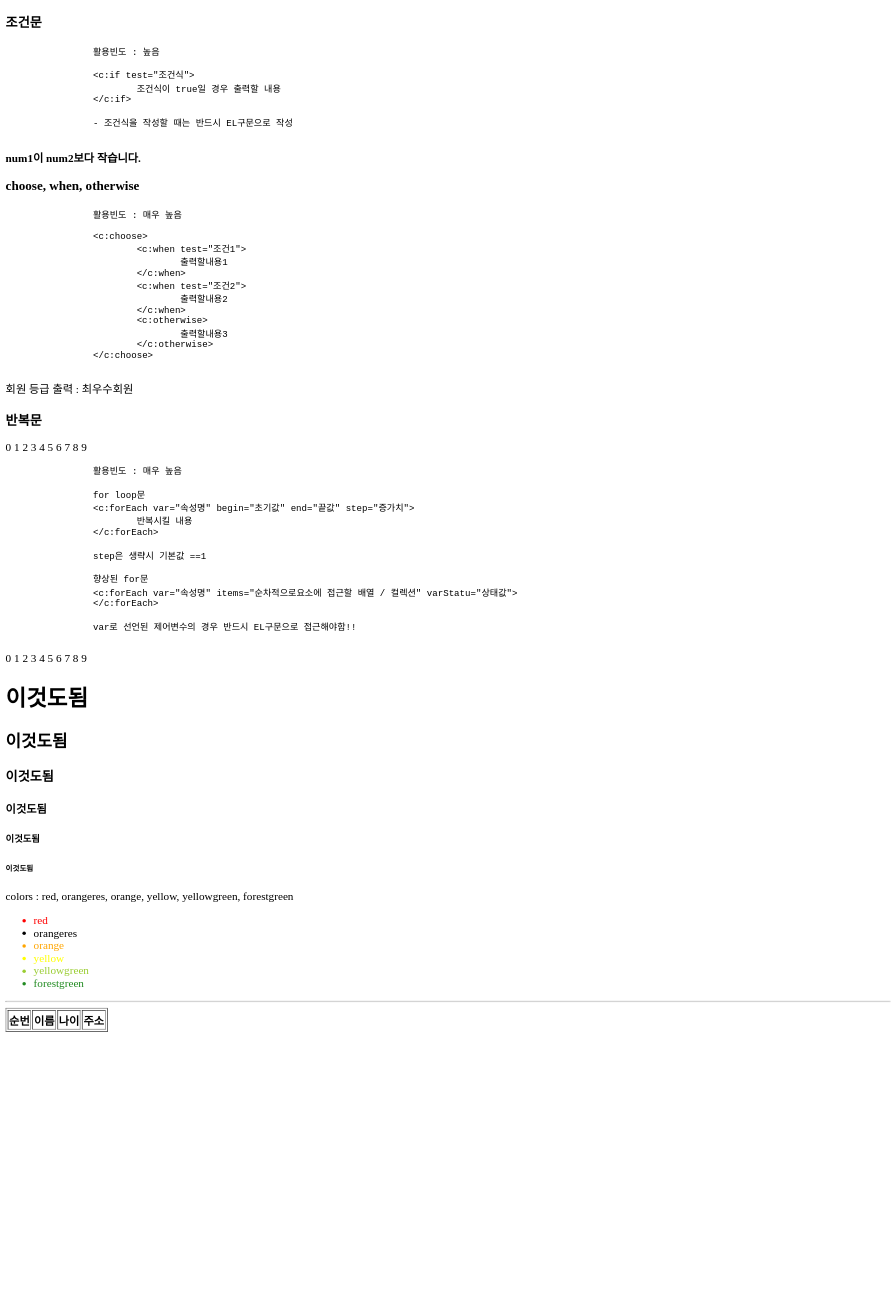
Repository: rlaehqkf/java_practice
Page: http://localhost/ActionProject/jstl.do
The author's editor kept a copy of each file at every save. The page is drawn from the files as they stood at one save, then again after the next save.
The browser window is 1280 px wide. The pictures show the part of the page from y = 1327 to 3247 px (the page is 3187 px tall before and 3247 px after), at 70% of full size.
The page is served by Tomcat 9. Other server files are loaded and not shown.

Above is the page before, as saved 2026-05-07 01:29:08.

### ActionProject/src/main/webapp/WEB-INF/views/custom/JSTL.jsp
<%@ page language="java" contentType="text/html; charset=UTF-8"
    pageEncoding="UTF-8"%>
<%@ taglib prefix="c" uri="http://java.sun.com/jsp/jstl/core" %>
<!--
	URI > URL

	URI(Uniform Resource Identifier) : 자원을 식별하는 문자열
									   자원의 위치, 네이밍과 상관없이 고유하게 가리킬 수 있는 모든 식별자

	URL(Uniform Resource Locator) : Location(위치)어디로 가면 그걸 찾을 수 있는가에 대한 답
 -->

<!DOCTYPE html>
<html>
<head>
<meta charset="UTF-8">
<title>중요!!!!!!!!</title>
</head>
<body>

	<h1>JSTL이란...?</h1>

	<p>
		Jakarta Server Page Standard Tag Library의 약어로 <br>
		JSP에서 사용할 수 있는 커스텀 액션 태그<br>
		공통적으로 화면단에서 사용하게 되는 코드들의 어떤 집합을 보다 쉽게 사용할 수 있게끔 태그로 만들어거 <br>
		표준으로 제공하는 라이브러리(클래스 모음집)
	</p>

	<hr>


	<h3>* 라이브러리를 추가</h3>

	<ol>
		<li>https://tomcat.apache.org로접속</li>
		<li>Standard-1.2.5.jar파일 4개 다 다운받기<li>
		<li>WEB-INF/lib폴더에 넣어준다(Copy files)</li>
	</ol>

	<h4>* JSTL 선언!!</h4>

	<%
		request.setAttribute("abc", 10);
	%>
	<c:set var="bbb" value="10" />

	<p>
		JSTL을 사용하는 방법은 일단 사용하고자하는 JSP파일 상단에 <br>
		보통 page지시어 바로 밑에<br>
		taglib지시어를 사용해서 선언을 해주어야함!
	</p>

	<hr>

	<h4>JSTL Core Library</h4>

	<p>
		JSP상에서 조건문, 반복문등의 로직과 관련된 태그들을 제공함
	</p>

	<h5>속성 추가하기(Attribute추가)</h5>

	<pre>
		활용빈도 낮음

		&lt; c:set var="키값" value="리터럴값" scope="스코프(생략가능)" />
		- Scope에 새로운 Attribute를 추가하는 태그
		- scope속성 생략 시 pageScope에 담김
	</pre>

	<c:set var="num1" value="10" />
	<c:set var="num2" value="20" scope="request"/>
	<%--request.setAttribute("num", "10) --%>
	<c:set var="result" value="${ num1 + num2 }" scope = "session"/>

	set태그로 선언한 Attribute는 EL구문을 이용해출력 <br>
	num1의 값 : ${ num1 } <br>
	num2의 값 : ${ num2 } <br>
	result의 값 ${ result } <br>

	<c:set var="result" scope="request">9999</c:set>
	<!-- value속성을 명시하지 않고 컨텐트 영역에 대입할 값을 기술할 수 있음 -->

	<hr>

	<pre>
		활용빈도 : 중간

		* 속성 삭제(&lt;c:remove var="제거하고자하는 속성" scope="스코프영역(생략가능)" />)

		- 해당 Attribute를 Scope영역에서 제거하는 태그
		- scope속성을 작성하지 않으면 모든 scope에서 해당 Attribute를 싹 다 제거함
	</pre>

	삭제 전 result : ${ result } <br>

	<hr>

	오케이~ requestScope에서 result속성을 삭제 <br>
	<c:remove var="result" scope="request" />
	삭제 후 result : ${ result } <br>

	<hr>

	<pre>
		활용빈도 : 낮은데 진짜 살다가 필요할때가 생김
		* 출력(&lt;c:out value="출력할 값" default="기본값" escapeXml="t/F/>)
		- 속성을 출력하려고할 때 사용하는 태그
	</pre>

	num1 : <c:out value="${ num1 }" /> <br>
	ㅋㅋㅋ : ${ num1 }

	<br>

	requestScope result : ${ requestScope.result } <br>
	out태그 사용 : <c:out value="${ requestScope.result }" default="값이 존재하지 않음" />

	<c:set var="strong" value="<strong>강한정보</strong>" />

	${ strong }
	<c:out value="${ strong }" />

	<hr>

	<h3>조건문</h3>

	<pre>
		활용빈도 : 높음

		&lt;c:if test="조건식">
			조건식이 true일 경우 출력할 내용
		&lt;/c:if>

		- 조건식을 작성할 때는 반드시 EL구문으로 작성
	</pre>


	<c:if test="${ num1 lt num2 }">
		<strong>num1이 num2보다 작습니다. </strong>
	</c:if>
	<%--
	<% if((int)pageContext.getAttribute("num1") > (int)request.getAttribute("num2")) {%>
	<% } %>
	--%>

	<h3>choose, when, otherwise</h3>

	<pre>
		활용빈도 : 매우 높음

		&lt;c:choose>
			&lt;c:when test="조건1">
				출력할내용1
			&lt;/c:when>
			&lt;c:when test="조건2">
				출력할내용2
			&lt;/c:when>
			&lt;c:otherwise>
				출력할내용3
			&lt;/c:otherwise>
		&lt;/c:choose>
	</pre>

	<c:set var="point" value="400" />

	회원 등급 출력 :
	<c:choose>
		<c:when test="${ point le 100 }">
			일반회원
		</c:when>
		<c:when test="${ point le 00 }">
			우수회원
		</c:when>
		<c:otherwise>
			최우수회원
		</c:otherwise>

	</c:choose>
	<!-- choose구문안에 when/otherwise말고 다른 어떤 무언가가 들어가서는 안됨! -->

	<h3>반복문</h3>

	<% for(int i =0; i< 10; i++){ %>
		<%= i %>
	<% } %>

	<pre>
		활용빈도 : 매우 높음

		for loop문
		&lt;c:forEach var="속성명" begin="초기값" end="끝값" step="증가치">
			반복시킬 내용
		&lt;/c:forEach>

		step은 생략시 기본값 ==1

		향상된 for문
		&lt;c:forEach var="속성명" items="순차적으로요소에 접근할 배열 / 컬렉션" varStatu="상태값">
		&lt;/c:forEach>

		var로 선언된 제어변수의 경우 반드시 EL구문으로 접근해야함!!
	</pre>

	<c:forEach var="i" begin="0" end="9">
		${ i }
	</c:forEach>

	<br>

	<c:forEach var="i" begin="1" end="6">
		<h${ i }>이것도됨</h${ i }>
	</c:forEach>

	<c:set var="colors">
		red, orangeres, orange, yellow, yellowgreen, forestgreen
	</c:set>

	colors : ${ colors }

	<br>

	<ul>
		<c:forEach var="c" items="${ colors }">
			<li style="color:${ c }">${ c }</li>
		</c:forEach>

	</ul>

	<hr>

	<table border="1">
		<thead>
			<tr>
				<th>순번</th>
				<th>이름</th>
				<th>나이</th>
				<th>주소</th>
			</tr>
		</thead>
		<tbody>


		</tbody>
	</table>

























<br><br><br><br><br><br><br><br><br><br><br><br><br><br><br><br><br><br><br><br><br>
</body>
</html>

### ActionProject/src/main/java/com/kh/el/controller/JstlServlet.java
package com.kh.el.controller;

import java.io.IOException;
import java.util.ArrayList;
import java.util.List;

import javax.servlet.ServletException;
import javax.servlet.annotation.WebServlet;
import javax.servlet.http.HttpServlet;
import javax.servlet.http.HttpServletRequest;
import javax.servlet.http.HttpServletResponse;

import com.kh.el.model.dto.Person;

/**
 * Servlet implementation class JstlServlet
 */
@WebServlet("/jstl.do")
public class JstlServlet extends HttpServlet {
	private static final long serialVersionUID = 1L;


    public JstlServlet() {
        super();

    }


	protected void doGet(HttpServletRequest request, HttpServletResponse response) throws ServletException, IOException {


		// DB 갔다온척 -> SELECT
		// List가 응답으로 옴
		List<Person> persons = new ArrayList();
		persons.add(new Person("홍길동", 15, "한양"));
		persons.add(new Person("고길동", 40, "마포"));
		persons.add(new Person("허균", 22, "서울"));
		// List가 응답으로 옴


		request.setAttribute("persons", persons);






		request.getRequestDispatcher("/WEB-INF/views/custom/JSTL.jsp").forward(request, response);


	}


	protected void doPost(HttpServletRequest request, HttpServletResponse response) throws ServletException, IOException {

		doGet(request, response);
	}

}

### ActionProject/src/main/java/com/kh/el/model/dto/Person.java
package com.kh.el.model.dto;

public class Person {
	private String name;
	private int age;
	private String address;

	public Person(String name, int age, String address) {
		super();
		this.name = name;
		this.age = age;
		this.address = address;
	}
	public Person() {
		super();
	}
	public String getName() {
		return name;
	}
	public void setName(String name) {
		this.name = name;
	}
	public int getAge() {
		return age;
	}
	public void setAge(int age) {
		this.age = age;
	}
	public String getAddress() {
		return address;
	}
	public void setAdress(String address) {
		this.address = address;
	}

	@Override
	public String toString() {
		return "Person [name=" + name + ", age=" + age + ", address=" + address + "]";
	}



}

After the next save:
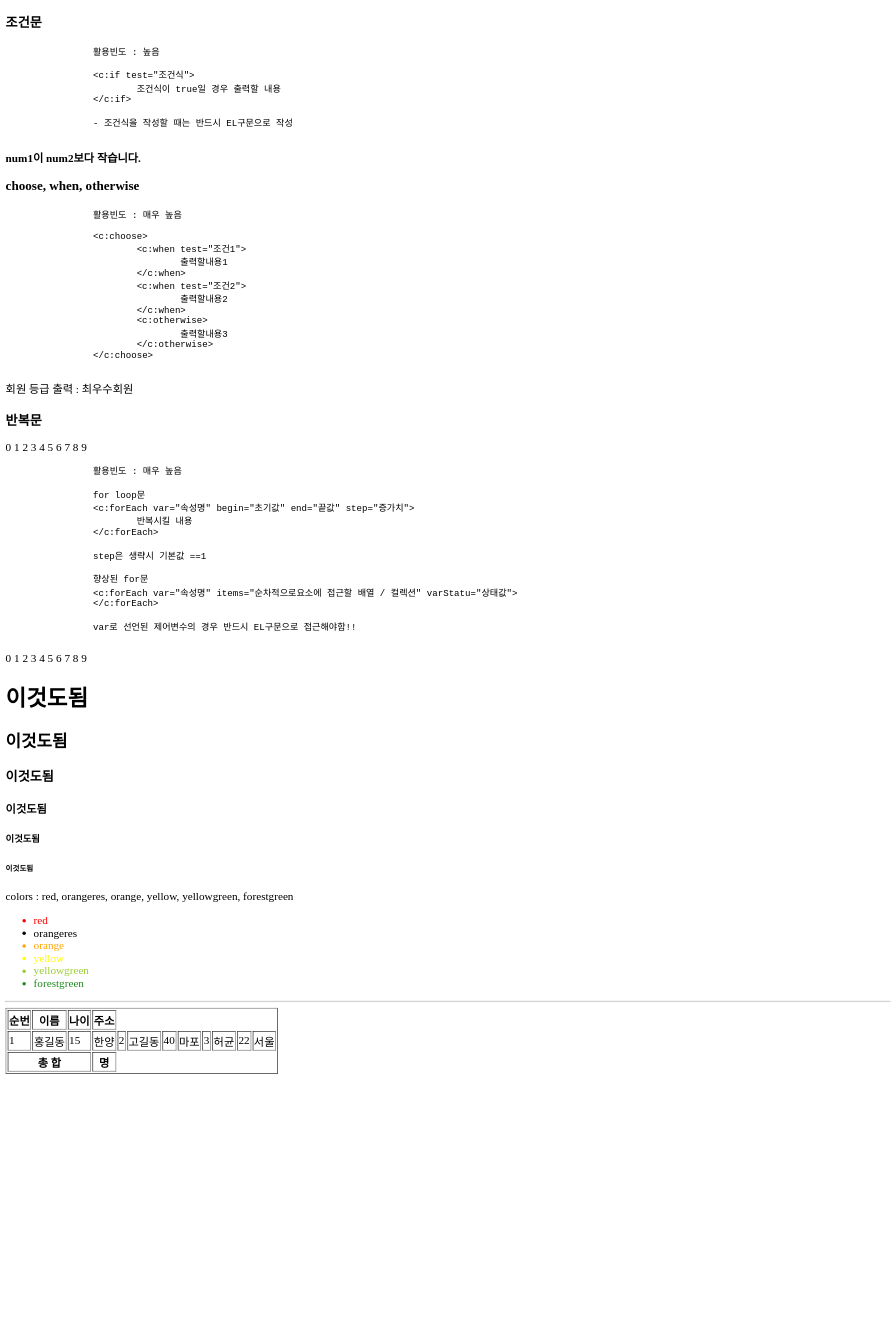
Saved 5 min 50 s later.
--- a/ActionProject/src/main/webapp/WEB-INF/views/custom/JSTL.jsp
+++ b/ActionProject/src/main/webapp/WEB-INF/views/custom/JSTL.jsp
@@ -240,9 +240,31 @@
 			</tr>
 		</thead>
 		<tbody>
-
-
+			<c:choose>
+				<c:when test="${ empty persons }">
+					<tr>
+						<th colspan="4">조회결과가 존재하지 않습니다.</th>
+					</tr>
+				</c:when>
+				<c:otherwise>
+					<c:forEach var="p" items="${ persons }" varStatus="s">
+						<td>${ s.count }</td> <!-- index =>0부터 count=> 1부터 -->
+						<td>${ p.name }</td>
+						<td>${ p.age }</td>
+						<td>${ p.address }</td>
+
+
+
+
+				</c:forEach>
+				</c:otherwise>
+
+			</c:choose>
 		</tbody>
+		<tfoot>
+			<th colspan="3">총 합</th>
+			<th>${ person.size() }명</th>
+		</tfoot>
 	</table>
 
 
